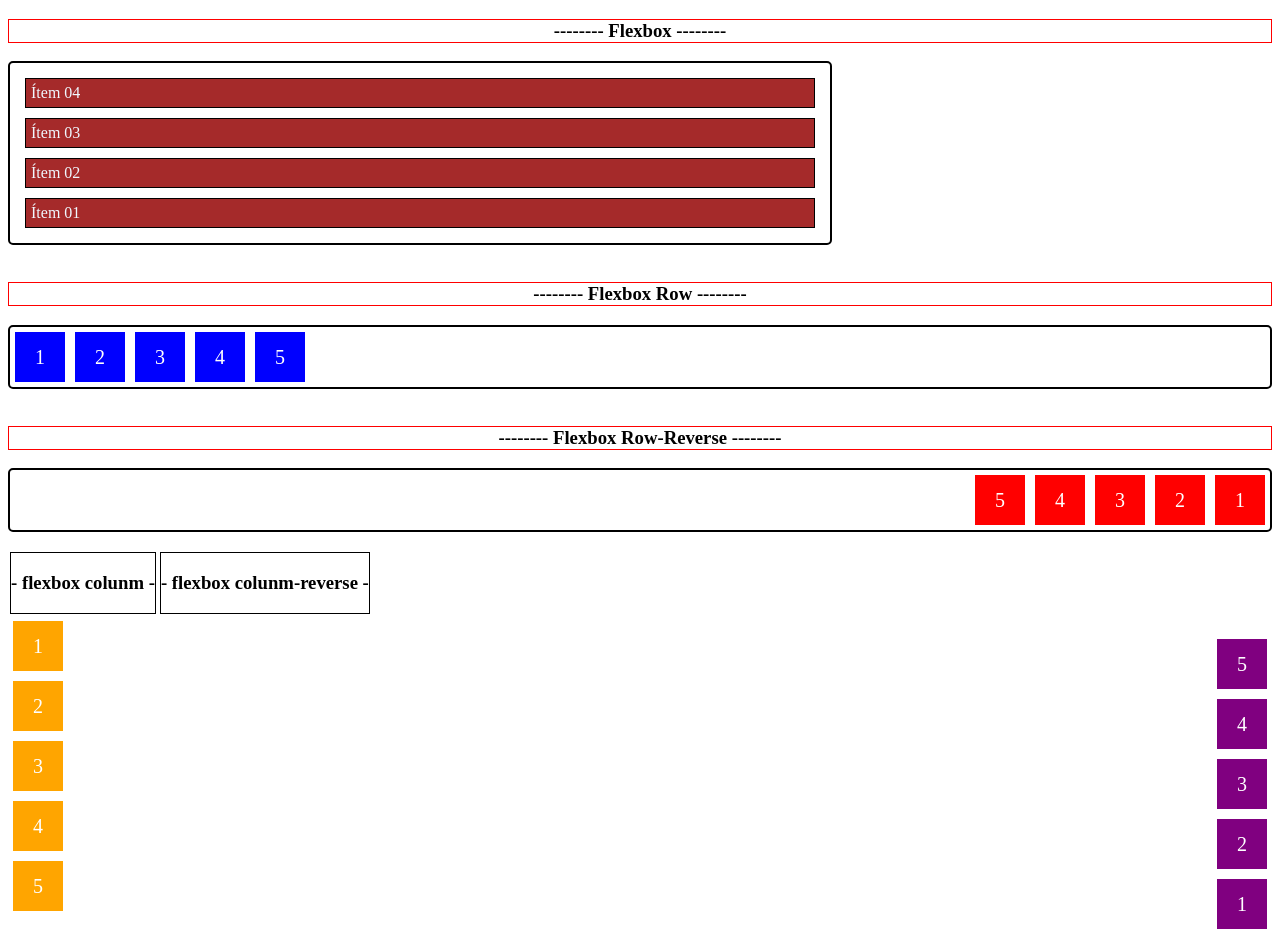
Repository: ozielms/flexbox
Page: outros/flexbox-master/index.html
An editor plug-in stored every save of this project. The page is shown before and after the next save, followed by the edit.
The browser window is 1280 px wide. The pictures show the whole page.

Above is the page before, as saved 2022-04-26 00:15:36.

### outros/flexbox-master/index.html
<!DOCTYPE html>
<html lang="en">

<head>
    <meta charset="UTF-8">
    <meta http-equiv="X-UA-Compatible" content="IE=edge">
    <meta name="viewport" content="width=device-width, initial-scale=1.0">
    <title>Flexbox</title>

    <link rel="stylesheet" href="css/estilo.css">
</head>

<body>

    <h3 class="titulo">-------- flexbox --------</h3>
    <div class="pai">
        <div class="filho filho1">Ítem 01</div>
        <div class="filho filho2">Ítem 02</div>
        <div class="filho filho3">Ítem 03</div>
        <div class="filho filho4">Ítem 04</div>
    </div>

    <br>

    <h3 class="titulo">-------- flexbox row --------</h3>
    <ul class="flex-container row">
        <li class="flex-item">1</li>
        <li class="flex-item">2</li>
        <li class="flex-item">3</li>
        <li class="flex-item">4</li>
        <li class="flex-item">5</li>
    </ul>

    <br>

    <h3 class="titulo">-------- flexbox row-reverse --------</h3>
    <ul class="flex-container row-reverse">
        <li class="flex-item">1</li>
        <li class="flex-item">2</li>
        <li class="flex-item">3</li>
        <li class="flex-item">4</li>
        <li class="flex-item">5</li>
    </ul>

    <br>

    <div class="titulo-flex">
        <div class="titulo-colunm">
            <h3>- flexbox colunm -</h3>
        </div>
        <div class="titulo-colunm-reverse">
            <h3>- flexbox colunm-reverse -</h3>
        </div>
    </div>

    <ul class="flex-container colunm">
        <li class="flex-item">1</li>
        <li class="flex-item">2</li>
        <li class="flex-item">3</li>
        <li class="flex-item">4</li>
        <li class="flex-item">5</li>
    </ul>

    <br>

    <ul class="flex-container colunm-reverse">
        <li class="flex-item">1</li>
        <li class="flex-item">2</li>
        <li class="flex-item">3</li>
        <li class="flex-item">4</li>
        <li class="flex-item">5</li>
    </ul>


    <br>


</body>

</html>

### outros/flexbox-master/css/estilo.css
.titulo {
    text-align: center;
    text-transform: capitalize;
    border: 1px solid red;
}

.titulo-flex {
    display: flex;
}

.titulo-colunm {
    margin: 2px;
    border: 1px solid black;
}

.titulo-colunm-reverse {
    margin: 2px;
    border: 1px solid black;
}


/* -------- FLEXBOX -------- */

.pai {
    max-width: 800px;
    padding: 10px;
    border: 2px solid black;
    border-radius: 5px;
    /* FLEXBOX */
    display: flex;
    flex-direction: column-reverse;
}

.filho {
    background-color: brown;
    color: aliceblue;
    padding: 5px;
    border: 1px solid black;
    margin: 5px;
}


/* -------- FLEXBOX - FLEX CONTAINER -------- */

.flex-container {
    margin: 0;
    padding: 0;
    display: flex;
    list-style: none;
}

.flex-item {
    background: blue;
    height: 50px;
    width: 50px;
    line-height: 50px;
    font-size: 20px;
    color: white;
    text-align: center;
    margin: 5px;
}


/* -------- FLEXBOX - FLEX ROW -------- */

.row {
    border: 2px solid black;
    border-radius: 5px;
    flex-direction: row;
}

.row-reverse {
    border: 2px solid black;
    border-radius: 5px;
    flex-direction: row-reverse;
}

.row-reverse li {
    background-color: red;
}


/* -------- FLEXBOX - FLEX COLUNM -------- */

.colunm {
    float: left;
    flex-direction: column;
}

.colunm li {
    background-color: orange;
}

.colunm-reverse {
    float: right;
    flex-direction: column-reverse;
}

.colunm-reverse li {
    background-color: purple;
}


/* -------- FLEXBOX - FLEX WRAP -------- */

After the next save:
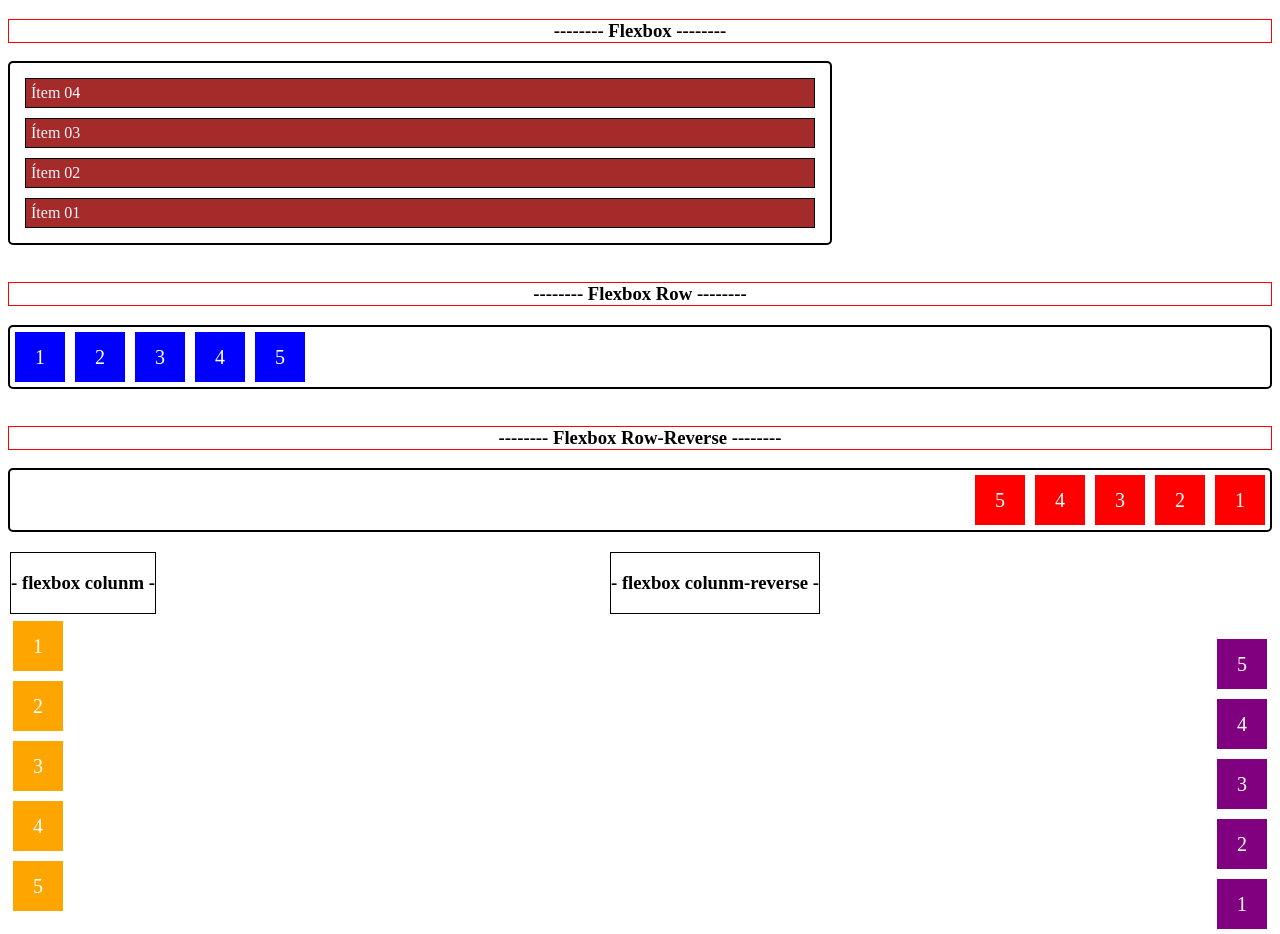
Saved 12 s later.
--- a/outros/flexbox-master/css/estilo.css
+++ b/outros/flexbox-master/css/estilo.css
@@ -14,7 +14,7 @@
 }
 
 .titulo-colunm-reverse {
-    margin: 2px;
+    margin: auto;
     border: 1px solid black;
 }
 
